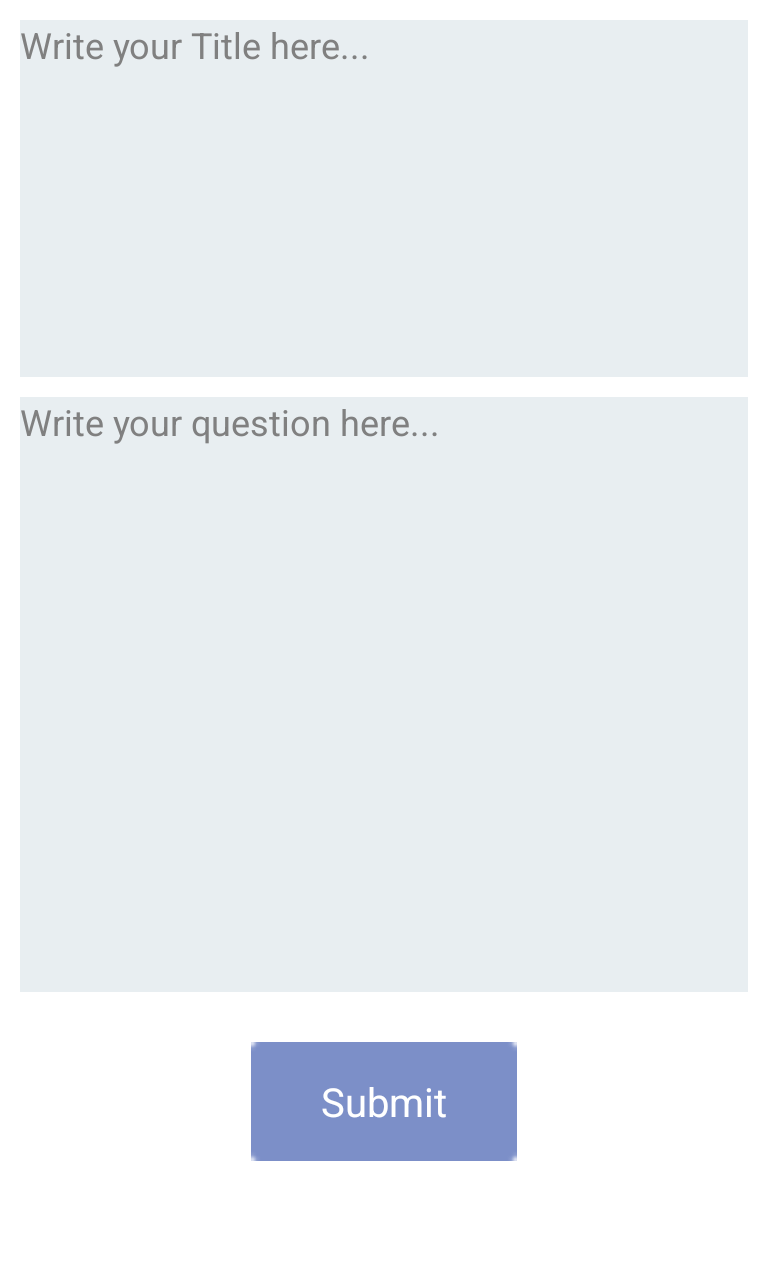
Repository: AdityaKiet/android-work2
Layout: UPTUQuestionBank/res/layout/post_question.xml
An editor plug-in stored every save of this project. The layout is shown before and after the next save, followed by the edit.
It is drawn on a 768 x 1280 px phone screen (xhdpi) without system bars, with theme AppTheme; the app's code is not run.

Above is the layout before, as saved 2015-04-25 12:58:47.

### UPTUQuestionBank/res/layout/post_question.xml
<?xml version="1.0" encoding="utf-8"?>
<LinearLayout xmlns:android="http://schemas.android.com/apk/res/android"
    android:layout_width="fill_parent"
    android:layout_height="fill_parent"
    android:layout_margin="5dp"
    android:orientation="vertical"
    android:weightSum="1" >

    <EditText
        android:id="@+id/etQuestionTitle"
        android:layout_width="match_parent"
        android:layout_height="0dip"
        android:layout_gravity="top"
        android:layout_marginLeft="10dp"
        android:layout_marginRight="10dp"
        android:layout_marginTop="10dp"
        android:layout_weight="0.3"
        android:background="#E8EEF1"
        android:ems="10"
        android:gravity="top"
        android:hint="Write your Title here..."
        android:textColor="#000000" />

    <EditText
        android:id="@+id/etQuestionContent"
        android:layout_width="match_parent"
        android:layout_height="0dip"
        android:layout_gravity="top"
        android:layout_marginLeft="10dp"
        android:layout_marginRight="10dp"
        android:layout_marginTop="10dp"
        android:layout_weight="0.5"
        android:background="#E8EEF1"
        android:ems="10"
        android:gravity="top"
        android:hint="Write your question here..."
        android:textColor="#000000" />



    <LinearLayout
        android:layout_width="wrap_content"
        android:layout_height="0dip"
        android:layout_gravity="center"
        android:layout_marginTop="25dp"
        android:layout_weight="0.1"
        android:orientation="horizontal"
        android:weightSum="1" >

        <Button
            android:id="@+id/btnSubmitQuestion"
            android:layout_width="0dip"
            android:layout_height="match_parent"
            android:layout_gravity="center"
            android:layout_weight="1"
            android:background="@drawable/button_background"
            android:text="       Submit       "
            android:textColor="#ffffff"
            android:textSize="20sp" />


    </LinearLayout>

</LinearLayout>

Loaded but not shown: UPTUQuestionBank/res/values/styles.xml (common file); UPTUQuestionBank/res/values-v11/styles.xml (common file); UPTUQuestionBank/res/values-v14/styles.xml (common file)

After the next save:
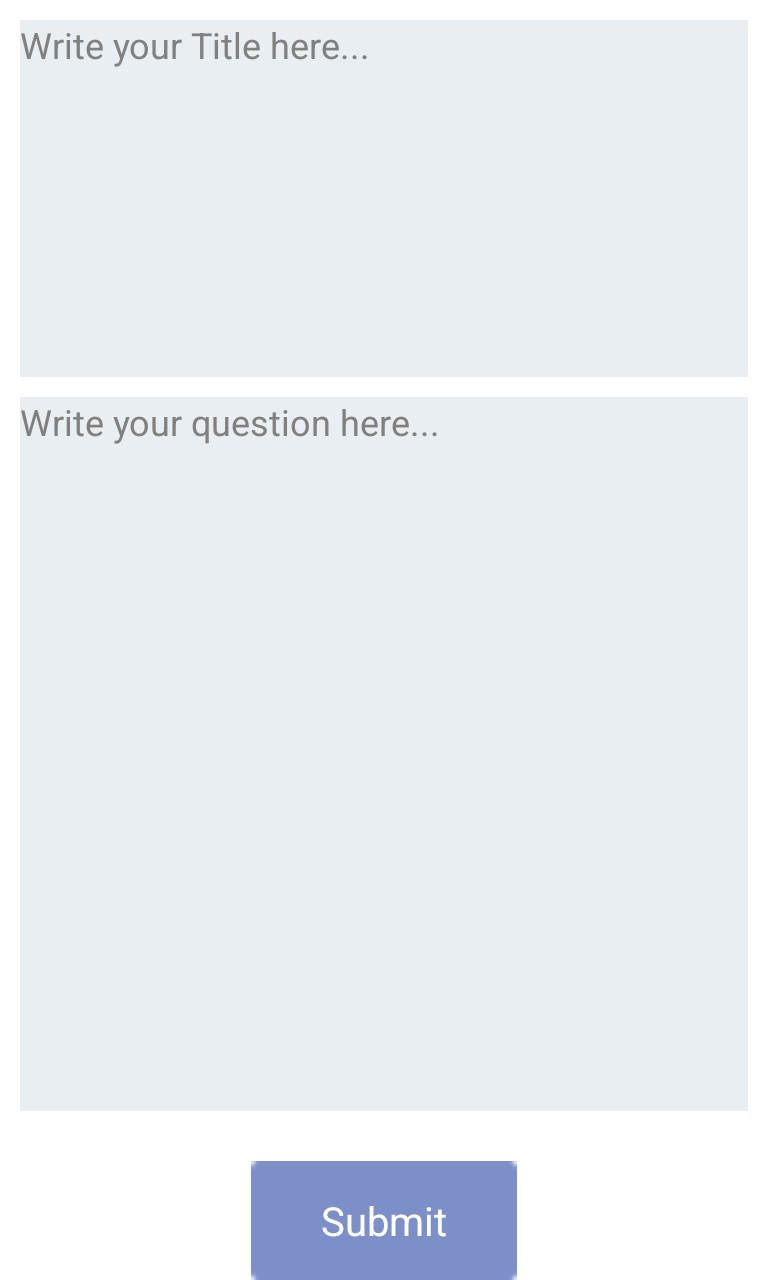
Saved 8 s later.
--- a/UPTUQuestionBank/res/layout/post_question.xml
+++ b/UPTUQuestionBank/res/layout/post_question.xml
@@ -29,7 +29,7 @@
         android:layout_marginLeft="10dp"
         android:layout_marginRight="10dp"
         android:layout_marginTop="10dp"
-        android:layout_weight="0.5"
+        android:layout_weight="0.6"
         android:background="#E8EEF1"
         android:ems="10"
         android:gravity="top"
